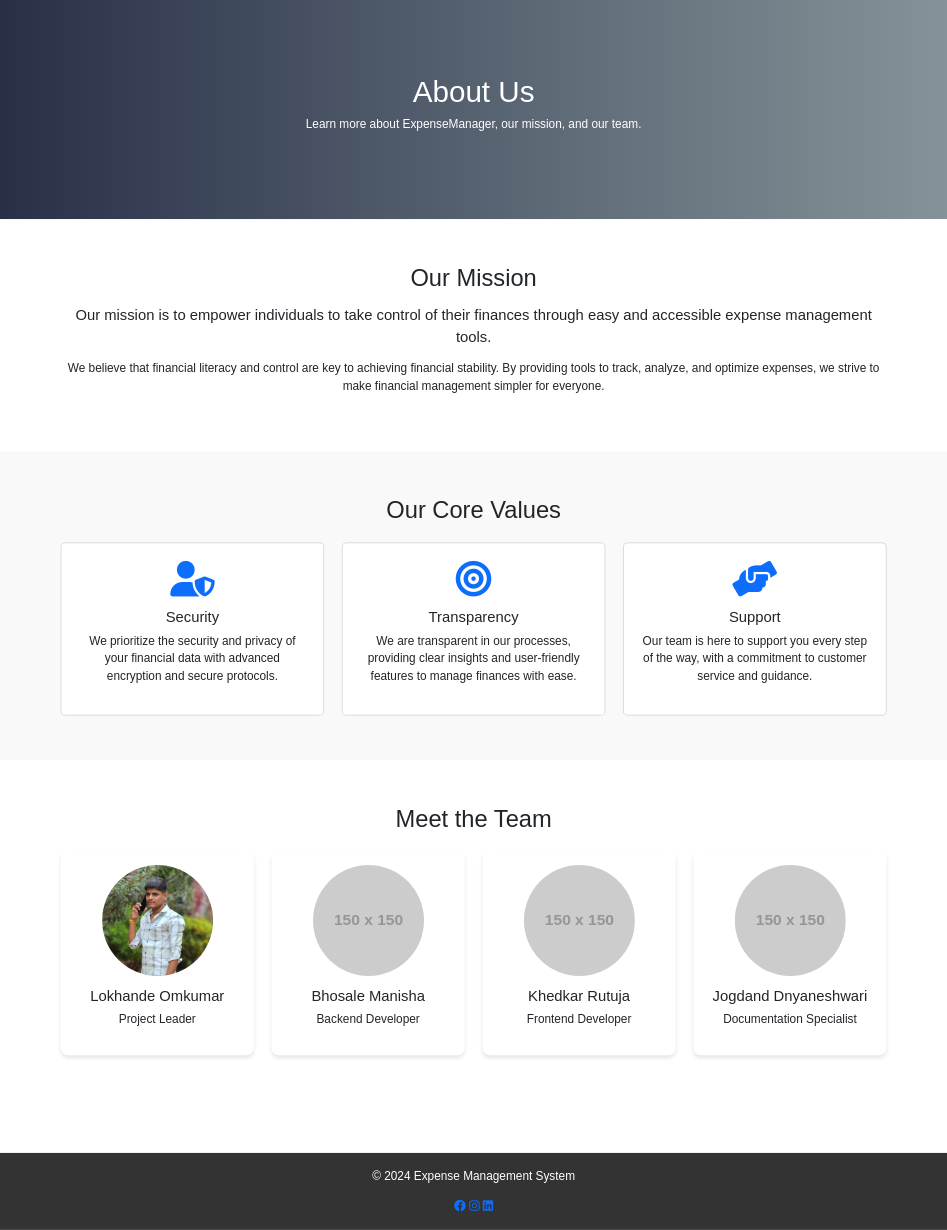
Repository: omlokhande1212/Expense-management
Page: expense/Demo/src/main/webapp/aboutus.html
These files come from the project's save history. The page is drawn as it stood at one moment and after the next save; the edit follows.
The browser window is 1280 px wide. The pictures show the whole page, at 74% of full size.

Above is the page before, as saved 2024-11-24 06:20:26.

After the next save:
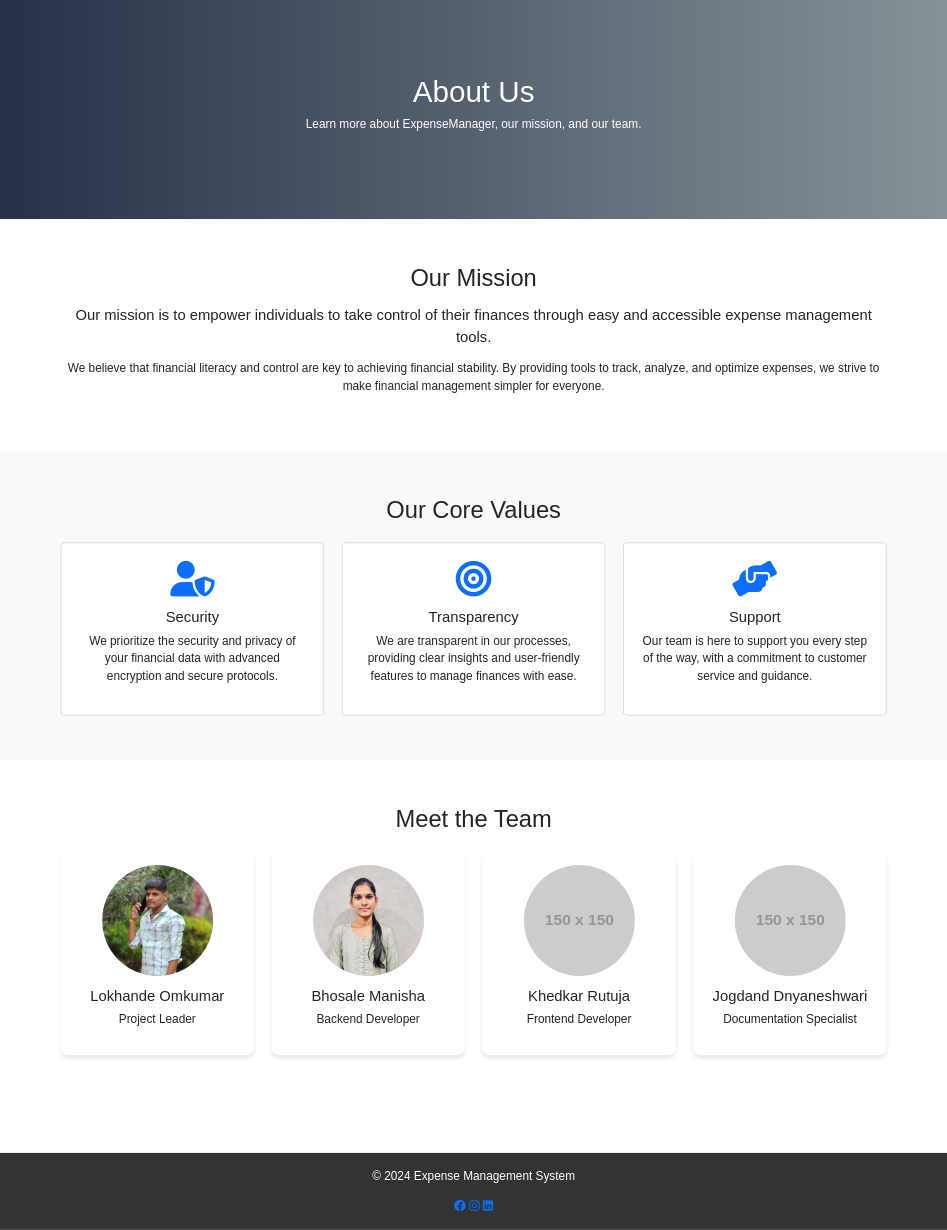
Saved 3 min 10 s later.
--- a/expense/Demo/src/main/webapp/aboutus.html
+++ b/expense/Demo/src/main/webapp/aboutus.html
@@ -113,7 +113,7 @@
                 </div>
                 <div class="col-md-3 col-sm-6 mb-4">
                     <div class="team-member">
-                        <img src="https://via.placeholder.com/150" alt="Team Member">
+                        <img src="manisha_bhosale.jpg" alt="Team Member">
                         <h5>Bhosale Manisha</h5>
                         <p>Backend Developer</p>
                     </div>
